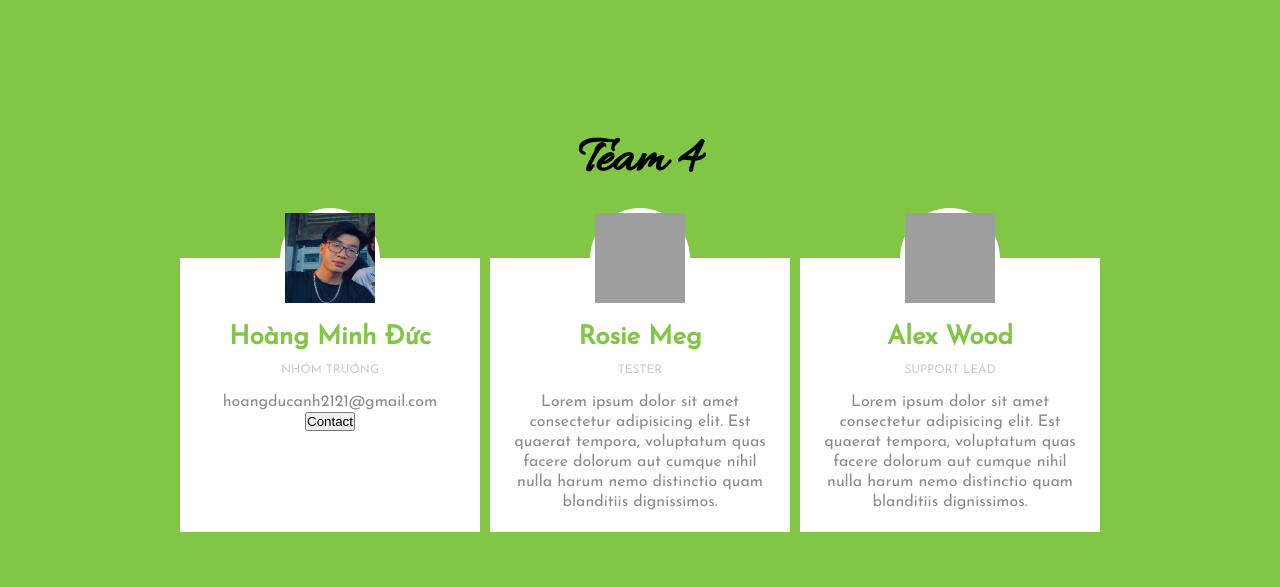
Repository: DuckyNumberONS/webcanhan
Page: index.html
The author's editor kept a copy of each file at every save. The page is drawn from the files as they stood at one save, then again after the next save.
The browser window is 1280 px wide. The pictures show the whole page.
Pictures or frames that could not be fetched are drawn as grey boxes.

Above is the page before, as saved 2022-10-03 07:43:55.

After the next save:
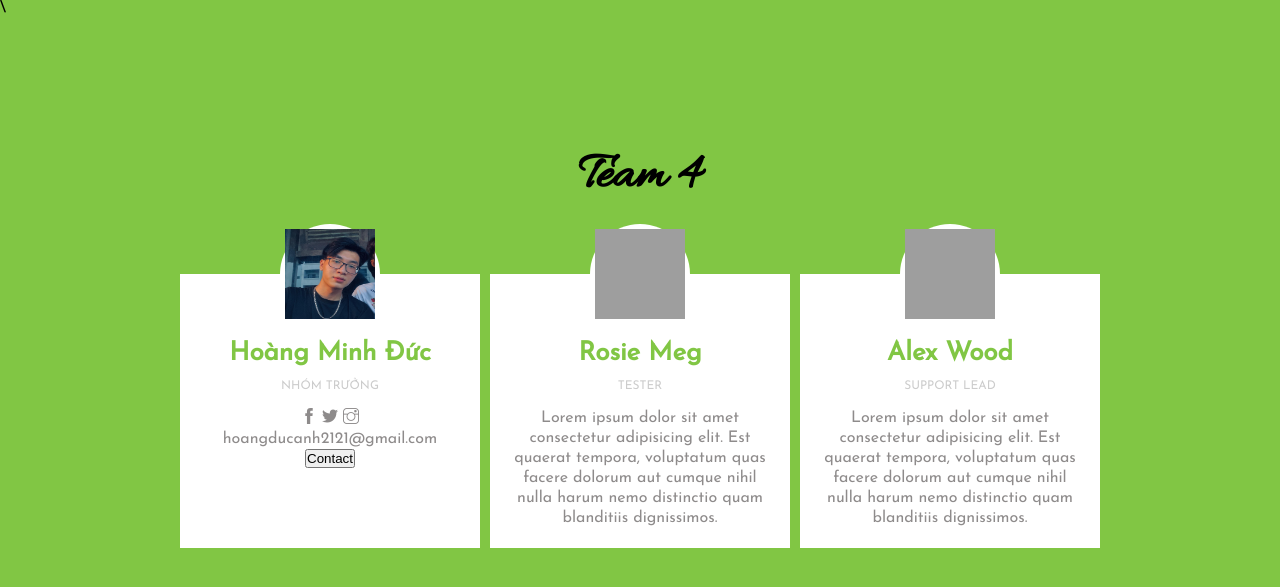
Saved 21 s later.
--- a/index.html
+++ b/index.html
@@ -4,6 +4,8 @@
     <meta charset="UTF-8" />
     <title>Our Team Section</title>
     <link rel="stylesheet" href="styles.css" />
+    \
+    <link rel="stylesheet" href="/themify-icons/themify-icons.css" />
   </head>
   <body>
     <div class="wrapper">
